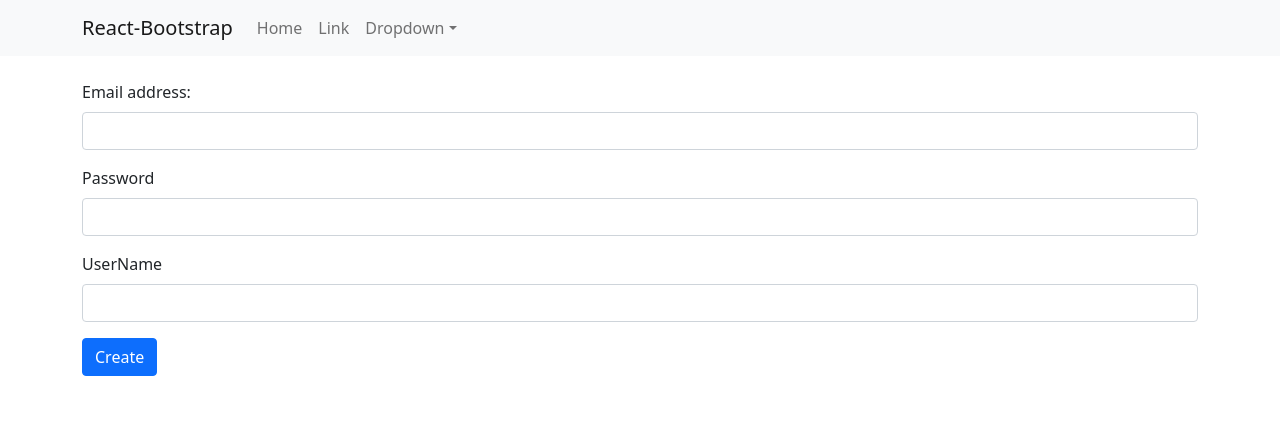
Repository: nnbxxx/-Redux-Ultimate---Redux
Page: /
These files come from the project's save history. The page is drawn as it stood at one moment and after the next save; the edit follows.
The browser window is 1280 px wide. The pictures show the whole page.
The page's requests for data from a server got no answer. The project was rebuilt for these pictures with package versions that can differ from the ones it lists, and the page was loaded fresh each time. No one was signed in, and anything a server would have sent is missing.

Above is the page before, as saved 2023-04-22 08:17:12.

After the next save:
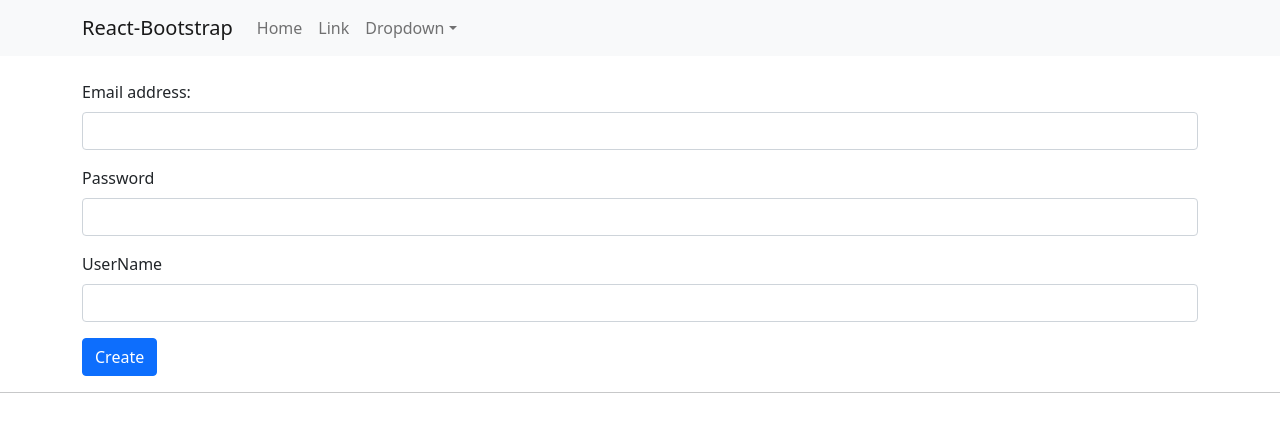
Saved 16 s later.
--- a/src/components/TableUser.js
+++ b/src/components/TableUser.js
@@ -1,4 +1,8 @@
 const TableUser = (props) => {
-  return <></>;
+  return (
+    <>
+      <hr />
+    </>
+  );
 };
 export default TableUser;
